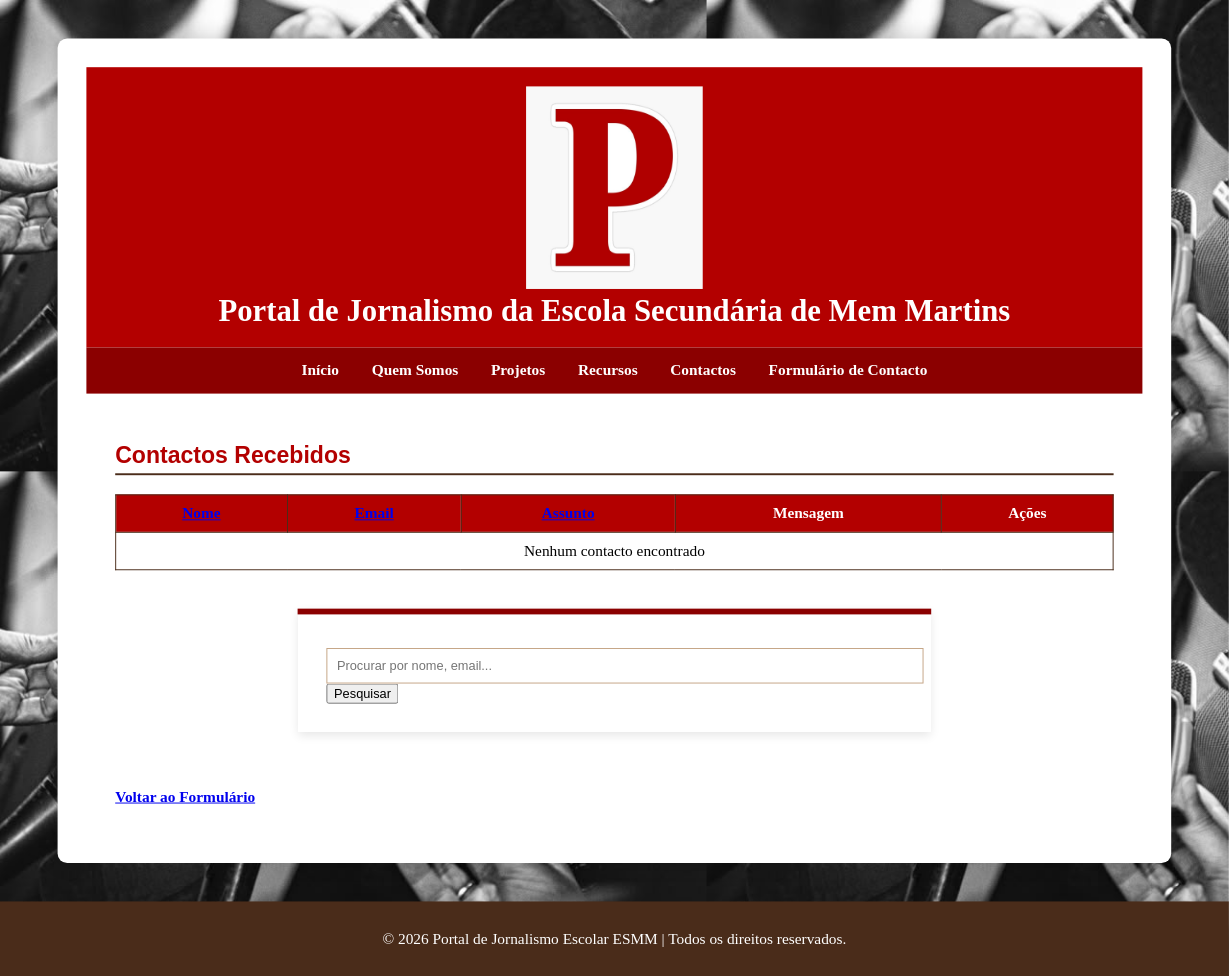
Repository: Sofiampsantos/Portal-de-Jornalismo-Escolar
Page: http://localhost/FormularioContacto/ListarContatosServlet?ordem=nome
The author's editor kept a copy of each file at every save. The page is drawn from the files as they stood at one save, then again after the next save.
The browser window is 1280 px wide. The pictures show the whole page, at 96% of full size.
Backgrounds fixed to the window are drawn as part of the page. Some web fonts or font styles are not loaded; a fallback is used. The page is served by Tomcat 10. Queries for data that is not in the repository find no rows.

Above is the page before, as saved 2026-05-23 18:07:56.
Console error: ReferenceError: documemnt is not defined

After the next save:
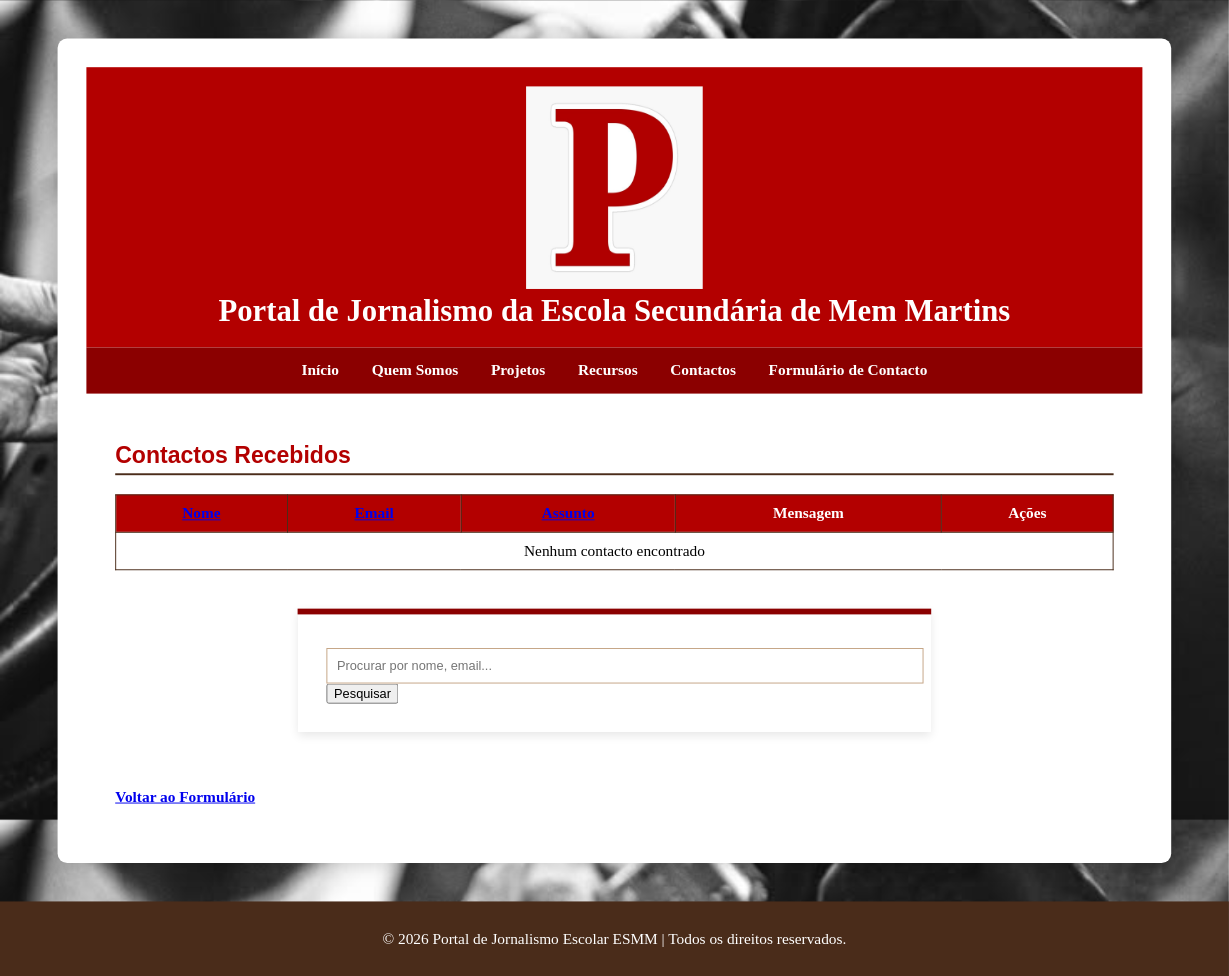
Saved 2 min 29 s later.
--- a/ProjetoProgV2/FormularioContacto/src/main/webapp/listar.jsp
+++ b/ProjetoProgV2/FormularioContacto/src/main/webapp/listar.jsp
@@ -9,7 +9,7 @@
 <link rel="stylesheet" href="${pageContext.request.contextPath}/styles/estilo.css">
 </head>
 
-<body class="fundo-projetos" style="background-image: url('${pageContext.request.contextPath}/img/jornalismo.jpg');">
+<body style="background-image: url('${pageContext.request.contextPath}/img/jornalismo.jpg'); background-size: cover; background-repeat: no-repeat; background-attachment: fixed; background-position: center;">
 
   <div class="container">
 
